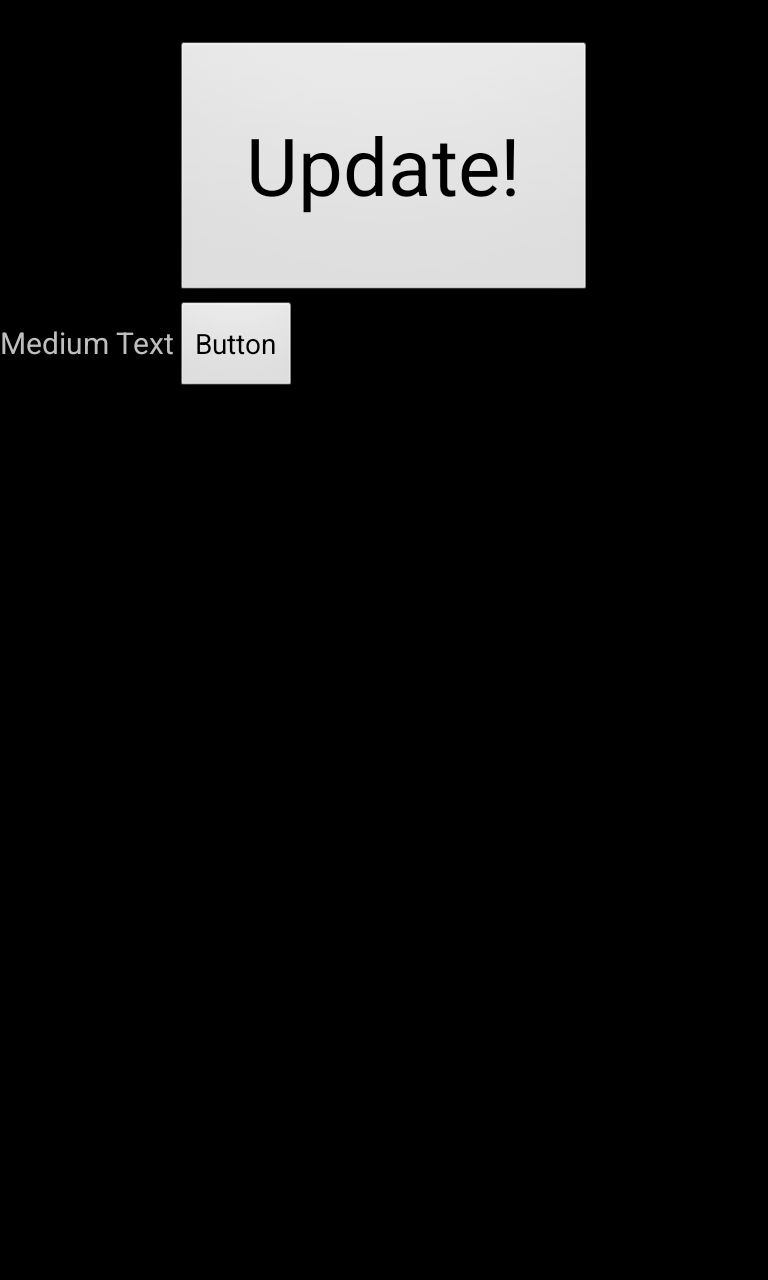
Repository: hgrateam/HangaramAPP_OLD-v2.0.6
Layout: HangaramAPP/res/layout/dbupdate.xml
An editor plug-in stored every save of this project. The layout is shown before and after the next save, followed by the edit.
It is drawn on a 768 x 1280 px phone screen (xhdpi) without system bars, with theme android:Theme.Black.NoTitleBar; the app's code is not run.

Above is the layout before, as saved 2012-07-14 09:37:16.

After the next save:
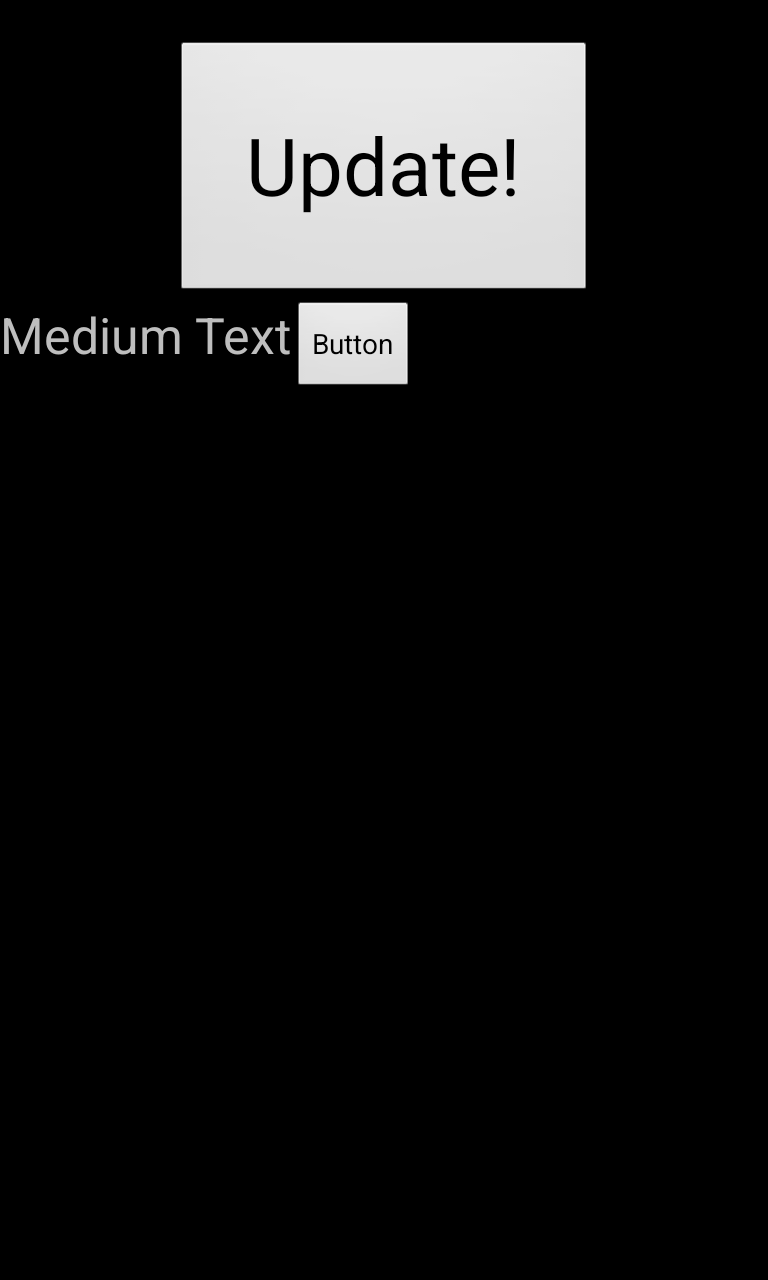
Saved 4 s later.
--- a/HangaramAPP/res/layout/dbupdate.xml
+++ b/HangaramAPP/res/layout/dbupdate.xml
@@ -23,7 +23,7 @@
             android:layout_width="wrap_content"
             android:layout_height="wrap_content"
             android:text="Medium Text"
-            android:textSize="15dp" />
+            android:textSize="25dp" />
 
         <Button
             android:id="@+id/button1"
